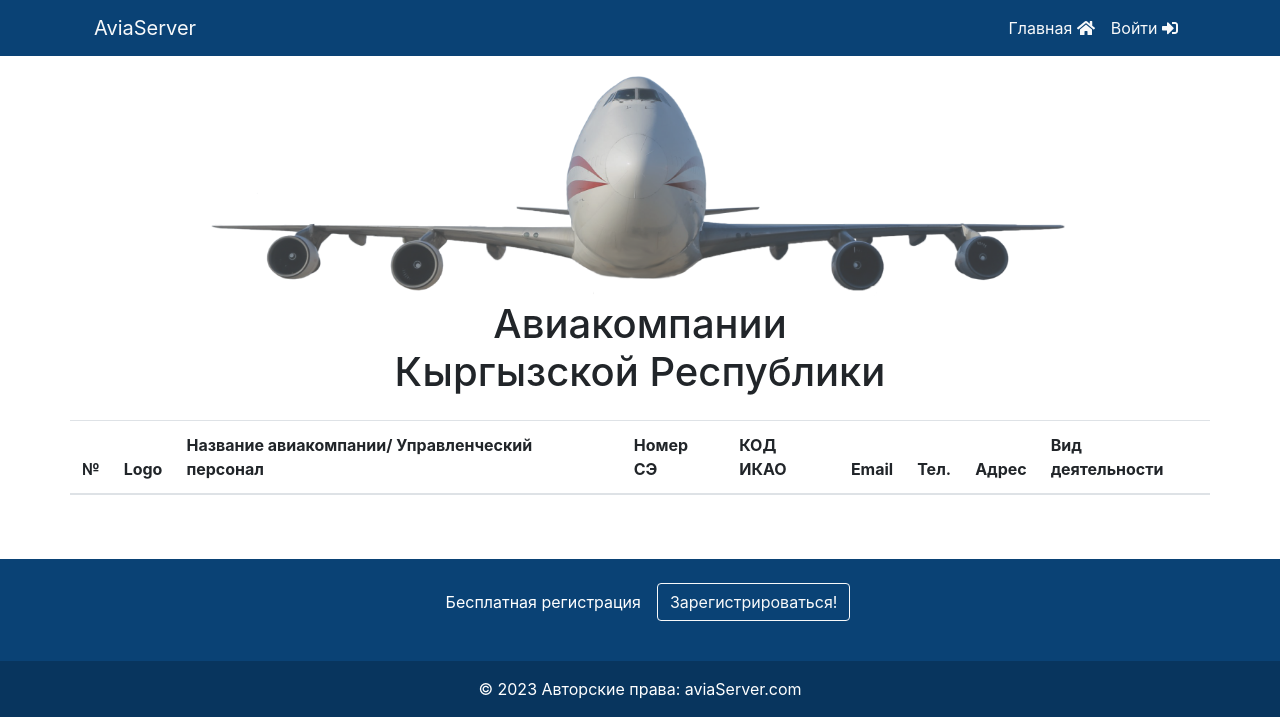
Repository: sulimonn/aviaServer
Page: products/templates/products/index.html
These files come from the project's save history. The page is drawn as it stood at one moment and after the next save; the edit follows.
The browser window is 1280 px wide. The pictures show the whole page.
Some web libraries are served in a nearby version. The template is drawn by Django 4.2. The application's start-up code is not run. The template is opened directly, without the code that normally fills it, so the values that code supplies are empty.

Above is the page before, as saved 2023-08-14 20:28:51.

After the next save:
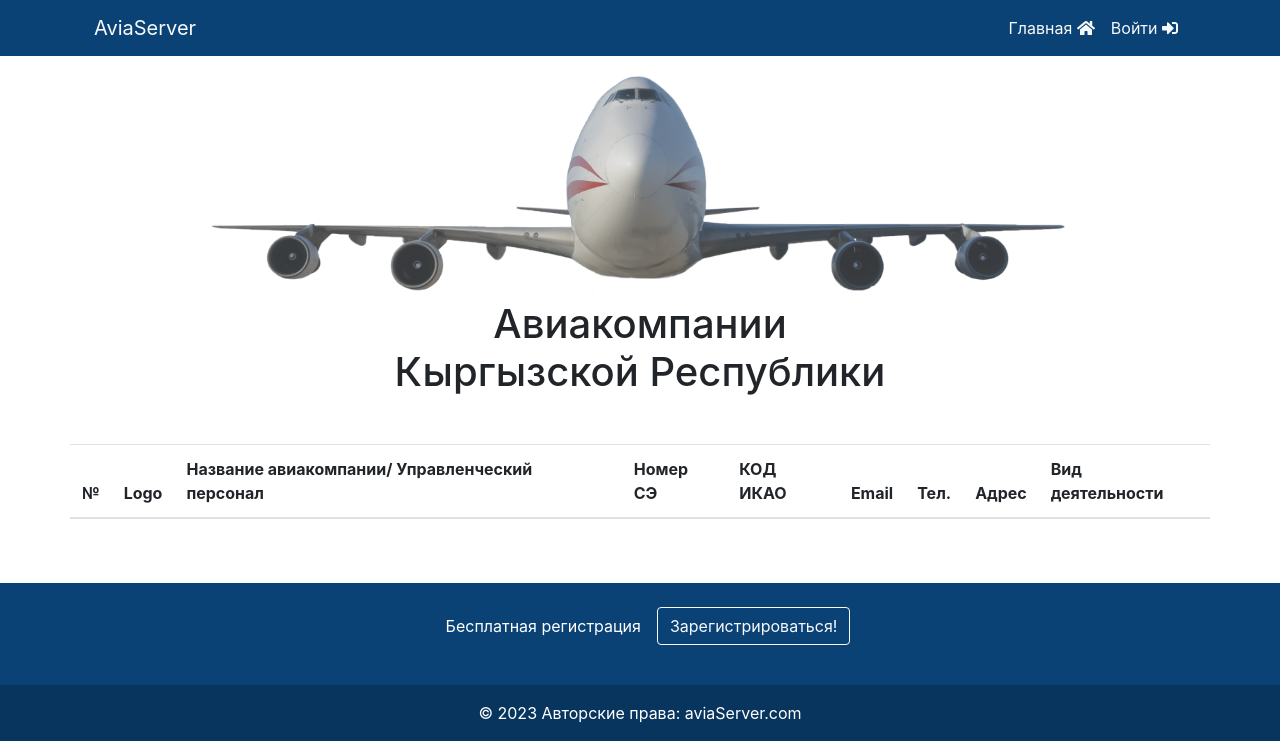
Saved 15 s later.
--- a/products/templates/products/index.html
+++ b/products/templates/products/index.html
@@ -11,7 +11,7 @@
     <img class="m-auto" width="900px" src="/media/img/carusel.png">
 </div>
 <div class="d-flex">
-    <h1 align="center" class="m-auto pb-4">Авиакомпании <br> Кыргызской Республики</h1>
+    <h1 align="center" class="m-auto pb-5">Авиакомпании <br> Кыргызской Республики</h1>
 </div>
 <table class="table container-xl">
   <thead>
